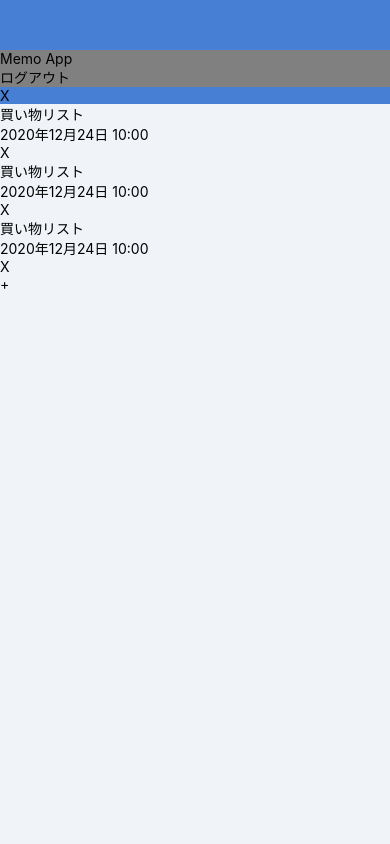
Repository: hirano-step/MemoApp
Screen: /
These files come from the project's save history. The screen is drawn as it stood at one moment and after the next save; the edit follows.
The app was drawn by React Native's web renderer in a window 390 px wide. The project was rebuilt for these pictures with package versions that can differ from the ones it lists, and the page was loaded fresh each time.

Above is the screen before, as saved 2023-01-12 11:06:19.

After the next save:
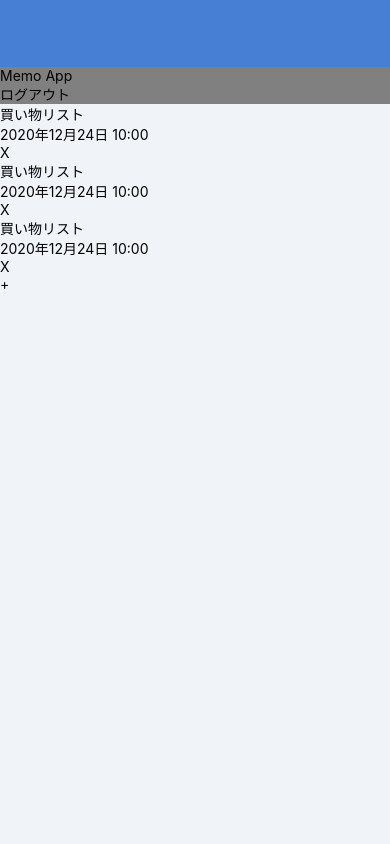
Saved 16 s later.
--- a/App.jsx
+++ b/App.jsx
@@ -7,9 +7,6 @@ export default function App() {
         <View style={styles.appbarInner}>
           <Text>Memo App</Text>
           <Text>ログアウト</Text>
-        </View>
-        <View>
-          <Text>X</Text>
         </View>
       </View>
 
